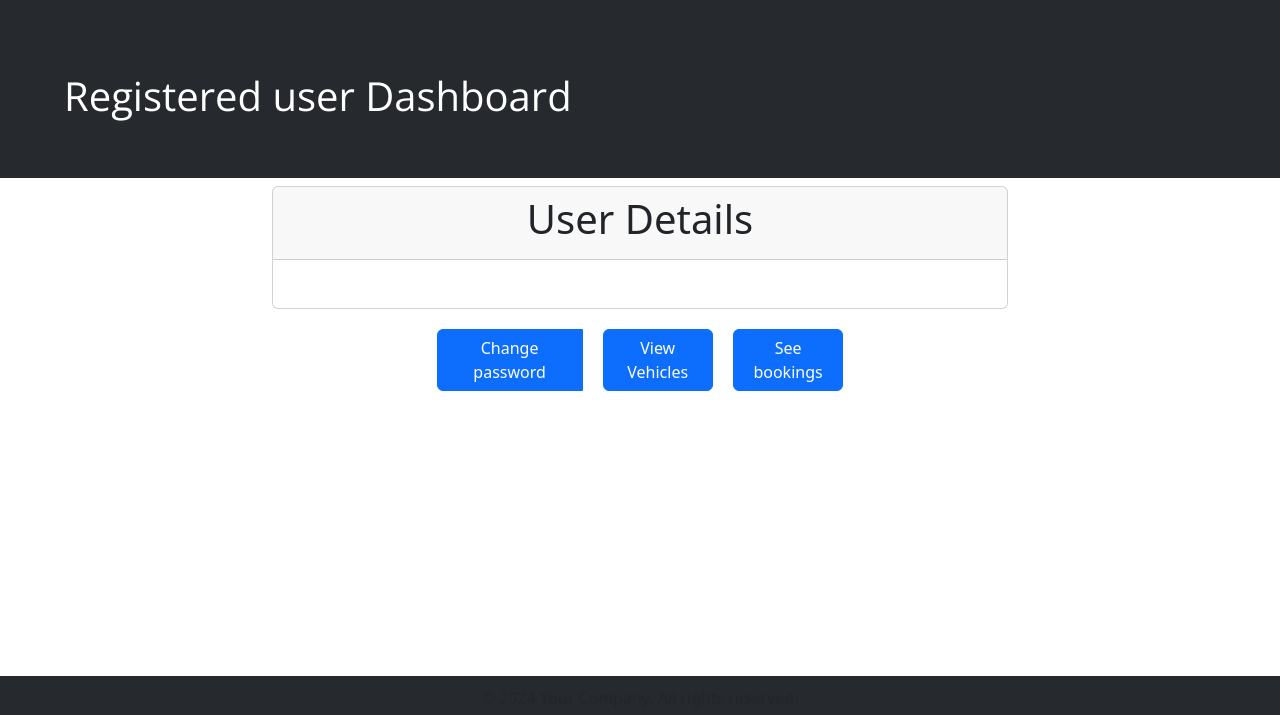
Repository: VimashaVishvani/VehicleRental
Page: http://localhost/Vehicle_rentalDb/registeredUser.jsp
The author's editor kept a copy of each file at every save. The page is drawn from the files as they stood at one save, then again after the next save.
The browser window is 1280 px wide. The pictures show the whole page.
The page is served by Tomcat 9. Other server files are loaded and not shown.

Above is the page before, as saved 2024-05-12 09:33:50.

### Vehicle_rentalDb/src/main/webapp/registeredUser.jsp
<%@ page language="java" contentType="text/html; charset=ISO-8859-1" pageEncoding="ISO-8859-1"%>
<%@ taglib prefix="c" uri="http://java.sun.com/jsp/jstl/core"%>
<!DOCTYPE html>
<html>
<head>
<link href="https://fonts.googleapis.com/css2?family=Open+Sans&display=swap" rel="stylesheet">

<style>
	.dashboard{
	padding-top:10vh;
	padding-left:5%;
	padding-bottom:8vh;
    background-color:#262A2E; /* Pale background color */
    font-family: 'Open Sans', sans-serif; /* Use Open Sans font */
    color: #ffffff; /* White text color */


	}
.btn-group {
    display: flex;
    justify-content: center;
    margin-top: 20px;
    align-items: center; /* Center items vertically */
}

.btn-group .btn {
    margin: 0 10px; /* Add some spacing between buttons */
}
.footer {
    background-color: #262A2E;
    color: #ffffff;
    padding: 10px 0;
    text-align: center;
    position: fixed;
    bottom: 0;
    width: 100%;
}

</style>
    <meta charset="ISO-8859-1">
    <title>Car Owner</title>
    <link href="https://cdn.jsdelivr.net/npm/bootstrap@5.3.3/dist/css/bootstrap.min.css" rel="stylesheet" integrity="sha384-QWTKZyjpPEjISv5WaRU9OFeRpok6YctnYmDr5pNlyT2bRjXh0JMhjY6hW+ALEwIH" crossorigin="anonymous">
</head>
<body>

<c:if test="${param.result == 'booked'}">
    <script type="text/javascript">
        alert('You booked the car!');
    </script>
</c:if>
<c:if test="${param.result == 'Deleted'}">
    <script type="text/javascript">
        alert('record deleted!'');
    </script>
</c:if>

<h1 class="dashboard">Registered user Dashboard</h1>

<div class="container">
    <div class="row">
        <div class="col-md-8 offset-md-2">
            <div class="card">
                <div class="card-header">
                    <h1 class="text-center">User Details</h1>
                </div>
                <div class="card-body">
                    <table class="table">
                        <c:forEach var="user" items="${sessionScope.userDetails}">
                            <tr>
                                <td>Customer ID</td>
                                <td>${user.id}</td>
                            </tr>
                            <tr>
                                <td>Customer Name</td>
                                <td>${user.name}</td>
                            </tr>
                            <tr>
                                <td>Customer Email</td>
                                <td>${user.gmail}</td>
                            </tr>
                            <tr>
                                <td>Customer Phone</td>
                                <td>${user.phoneNumber}</td>
                            </tr>
                        </c:forEach>
                    </table>
                </div>
            </div>
        </div>
    </div>
</div>
<div class="btn-group col-md-4 offset-md-4">

<c:set var="userId" value="${sessionScope.userDetails[0].id}" />
<c:set var="pass" value="${sessionScope.userDetails[0].password}" />
<a href="userChangePw.jsp?id=${userId}&result=a&pw=${pass}" class="btn btn-primary">Change password</a>


<form action="vehicleServelet" method="get">
    <input type="hidden" value="${userId}" name="id">
    <input type="hidden" value="viewAvailableVehicle" name="task">
    <button type="submit"  class="btn btn-primary">View Vehicles</button>
</form>

<form action="bookingServlet" method="get">
    <input type="hidden" value="${userId}" name="id">
    <input type="hidden" value="ViewBookings" name="task">
    <button type="submit"  class="btn btn-primary">See bookings</button>
</form>
</div>


<footer class="footer">
    <div class="container">
        <span class="text-muted">© 2024 Your Company. All rights reserved.</span>
    </div>
</footer>
</body>
</html>

After the next save:
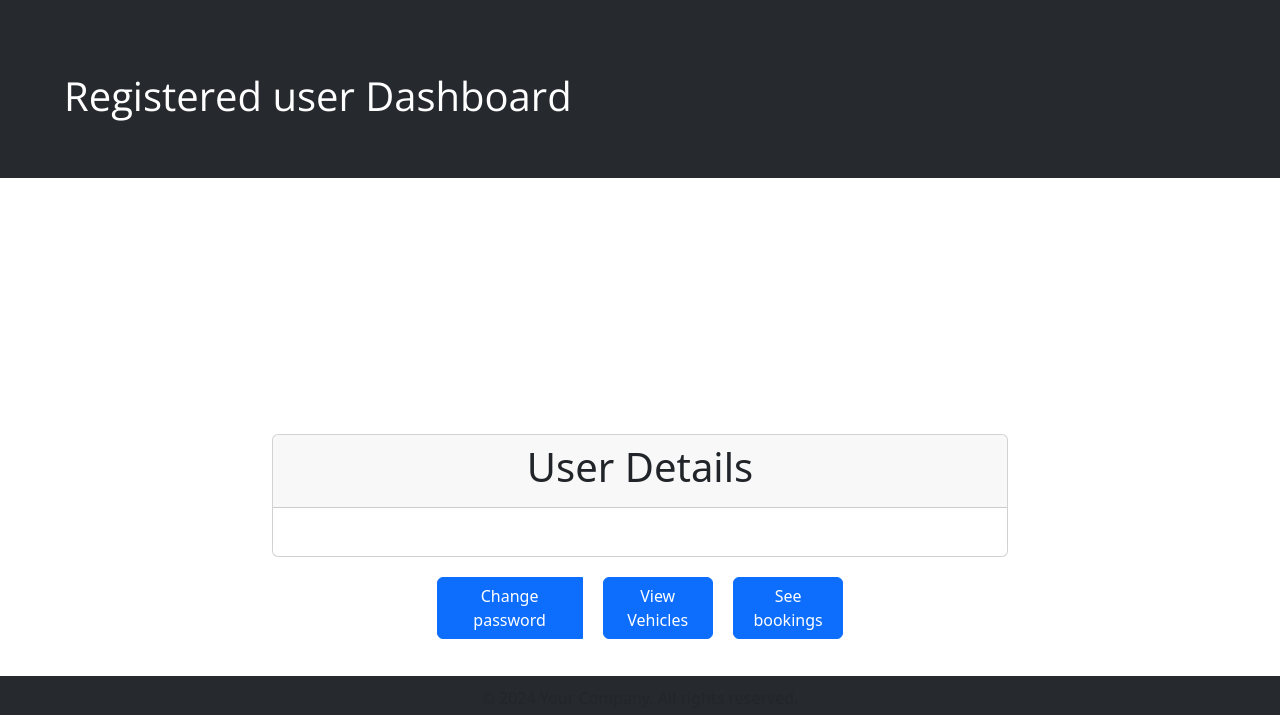
Saved 32 s later.
--- a/Vehicle_rentalDb/src/main/webapp/registeredUser.jsp
+++ b/Vehicle_rentalDb/src/main/webapp/registeredUser.jsp
@@ -13,6 +13,7 @@
     background-color:#262A2E; /* Pale background color */
     font-family: 'Open Sans', sans-serif; /* Use Open Sans font */
     color: #ffffff; /* White text color */
+    margin-bottom:20%;
 
 
 	}
